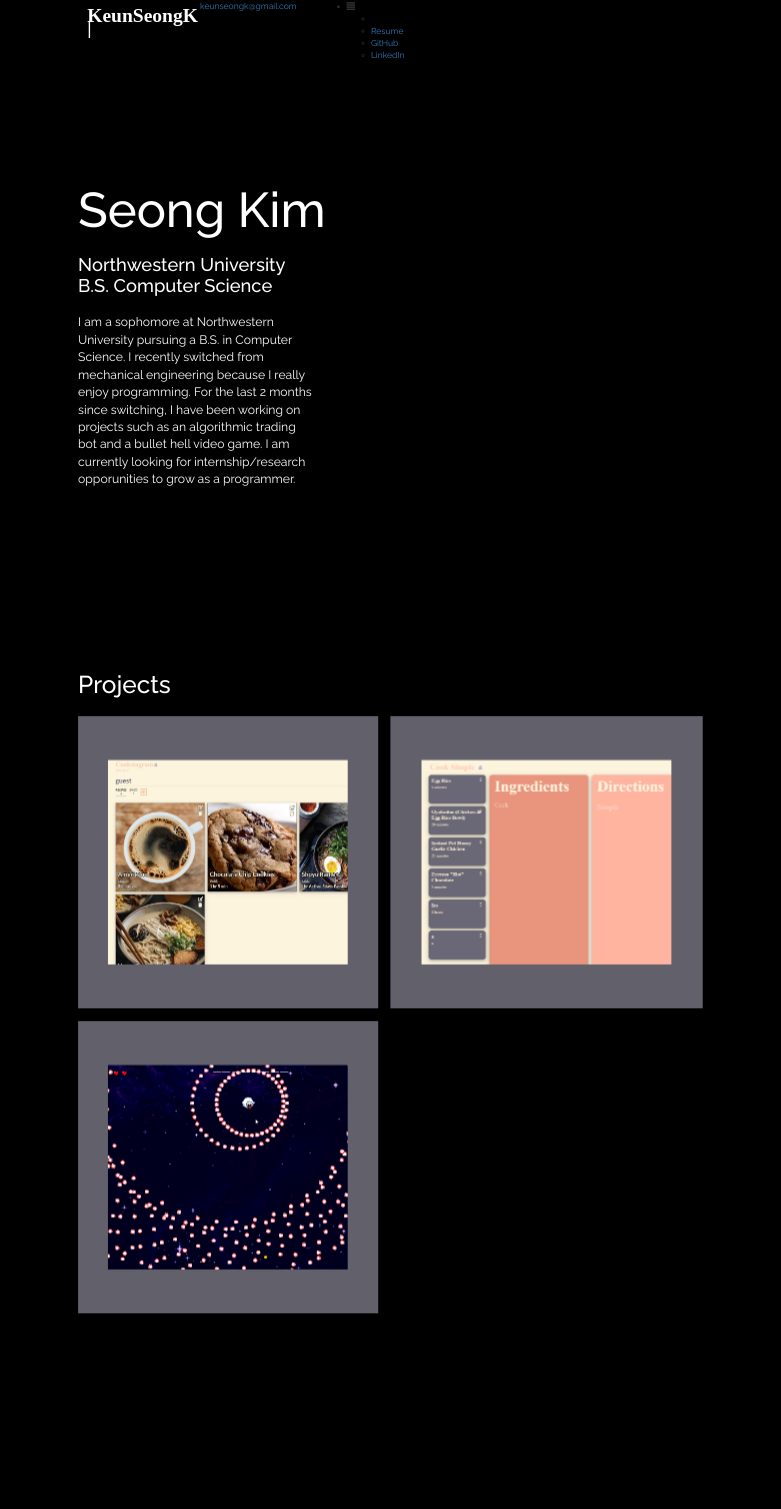
Repository: oqueuo/personal-site
Page: index.html
These files come from the project's save history. The page is drawn as it stood at one moment and after the next save; the edit follows.
The browser window is 1280 px wide. The pictures show the whole page, at 61% of full size.

Above is the page before, as saved 2020-09-21 19:35:09.

### index.html
<!-- Accountability, Balance, Trustworthiness -->
<!DOCTYPE html>
<html lang="en">
  <head>
    <title>Seong Kim</title>
    <meta charset="UTF-8">
    <meta name="viewport" content="width=device-width, initial-scale=1.0">

    <script src="https://ajax.googleapis.com/ajax/libs/jquery/3.5.1/jquery.min.js"></script>
    <script src="https://maxcdn.bootstrapcdn.com/bootstrap/3.4.1/js/bootstrap.min.js"></script>
    <link rel="stylesheet" href="https://maxcdn.bootstrapcdn.com/bootstrap/3.4.1/css/bootstrap.min.css">
    <link rel="stylesheet" href="styles.css">
    <script src="scripts.js"></script>
  </head>

  <body>
    <main>
      <header>
        <h1 id="navbar-brand"><a href="index.html" class="navbar-brand">KeunSeongK |</a></h1>
        <a id="email" href = "mailto: abc@example.com">keunseongk@gmail.com</a>
        <ul>
          <li><span id="pulldown-btn" class="glyphicon glyphicon-align-justify"></span>
            <ul id="nav-pulldown">
              <li class="navbar-item"><a class="nav-link" href=#about></a></li>
              <li class="navbar-item" style="padding-right:100px;"><a class="nav-link" href="resume.html">Resume</a></li>
              <li class="navbar-item"><a class="nav-link" href="https://github.com/oqueuo">GitHub</a></li>
              <li class="navbar-item"><a class="nav-link" href="https://www.linkedin.com/in/seong-kim-a0a989160/">LinkedIn</a></li>
            </ul>
          </li>
        </ul>
      </header>

      <!-- About me -->
      <section id="about">

        <div id="about-text">
          <h1>Seong Kim</h1>
          <h2>Northwestern University<br>B.S. Computer Science</h2>
          <p>I am a sophomore at Northwestern University pursuing
            a B.S. in Computer Science. I recently switched from mechanical engineering
            because I really enjoy programming. For the last 2 months since switching,
            I have been working on projects such as an algorithmic trading bot and a
            bullet hell video game. I am currently looking for internship/research
            opporunities to grow as a programmer.
          </p>
        </div>
      </section>

      <h1 id="projects-header">Projects</h1>

      <!-- Projects: Filled in with JS template -->
      <section id="projects">
      </section>

    </main>
  </body>
  <script>
    render_projects(projects, "#projects");
  </script>
</html>

### styles.css
@import url('https://fonts.googleapis.com/css2?family=Raleway:ital,wght@0,100;0,200;0,300;0,400;0,500;0,600;0,700;0,800;0,900;1,100;1,200;1,300;1,400;1,500;1,600;1,700;1,800;1,900&display=swap');
/* Global styles
------------------------------------*/
* {
    /* Remove Chrome default margins */
    margin: 0 !important;
    font-family: 'Raleway', sans-serif;
}
body {
    background: black;
    display: flex;
    justify-content: center;
}
main {
    position: relative;
    width: 80vw;
    display: block;
    margin-left: auto;
    margin-right: auto;
}


header {
    height: 100px;
    display: grid;
    grid-template-areas:
    "brand email more";
    grid-template-columns: 200px 200px auto;
}
    header h1 {
        grid-area: brand;
    }
        header h1 a {
            color: white;
            font-family: 'Times New Roman', Times, serif;
            font-size: 32px !important;
            font-weight: bold;
            text-decoration: none;

        }









/* ABOUT */
#about {
    color: white;
    margin-top: 200px !important;
    /* background: royalblue; */
}
#about-text h1 {
    font-family: 'Raleway', sans-serif;
    font-size: 80px;
}
#about-text h2 {
    margin-top: 30px !important;
}
#about p {
    margin-top: 30px !important;
    max-width: 30vw;
    font-size: 20px;
}


/* Projects */

#projects-header {
    font-size: 40px;
    color: white;
    margin-top: 300px !important;
    margin-bottom: 30px !important;
}
#projects {
    display: flex;
    flex-wrap: wrap;
    padding: 0;
    width: 100%;
    margin-bottom: 300px !important;
}
.project-card-container {
    box-sizing: border-box;
    width: 50%;
    height: 500px;
    padding-right: 2%;
    padding-bottom: 2%;
}
.project-card-container:nth-child(2n) {
    padding-right: 0;
}
.project-card-gray {
    background-color: rgb(97, 96, 107);
    height: 100%;
    width: 100%;
    position: relative;
}
.project-card-content {
    position: absolute;
    left: 10%;
    top: 15%;

    width: 80%;
    height: 70%;
    position: absolute;
    background-size: cover;
    transition: .5s ease;
    backface-visibility: hidden;
}

.project-overlay {
    color: white;
    font-size: 20px;

    transition: .5s ease;
    opacity: 0;
    position: absolute;
    top: 50%;
    left: 50%;
    transform: translate(-50%, -50%);
    -ms-transform: translate(-50%, -50%);
}
.project-card-container:hover .project-card-content {
    opacity: 0.08;
}

.project-card-container:hover .project-overlay {
    opacity: 1;
}


/* Resume */
.resume {
    margin-top: 200px !important;
    background-image: url(backgrounds/resume330.png);
    height: 1000px;
    width: 63%;
}

.three-vertical-dots {
    color: white;
}





@media (max-width: 1300px) {

}

### scripts.js
var projects = [
    {
        title: "Cookstagram",
        description: "A recipe-sharing social network application created with ReactJS/Redux frontend and Django Rest Framework backend",
        cover: "backgrounds/cookstagram.jpg",
        link: "https://cookstagram.recipes",
        github: "https://github.com/oqueuo/Cookstagram"
    },
    {
        title: "Cook Simple",
        description: "A minimalist recipe storage app created with Django and Django Templates",
        cover: "backgrounds/cook-simple.png",
        link: "https://cooksimple.life",
        github: "https://github.com/oqueuo/cook_simple"
    },
    {
        title: "Boollet Hell",
        description: "A Bullet Hell shooter game created in C++ for an in-class project",
        cover: "backgrounds/boollet-hell.png",
        link: "n/a",
        github: "n/a"
    }
]
function try_out_the_website(project) {
    if (project.link != "n/a") {
        return `
        To try it out, <a href="${project.link}" style="color: #ffd4be" target="_blank">Click here</a>
        `
    } else {
        return ''
    }
}

function more_info_on_my_github(project) {
    if (project.github != "n/a") {
        return `
        See code on <a href="${project.github}" style="color: #ffd4be" target="_blank">GitHub</a>
        `
    } else {
        return ''
    }
}

function render_projects(projects, projects_id) {
    let project_case = document.querySelector(projects_id);
    if (project_case) {
        if (projects instanceof Array) {
            for (let project of projects) {
                let template = `
                <div class="project-card-content" style="background-image: url(${project.cover});"></div>
                <div class="project-overlay">
                    ${project.description}<br><br>
                    ${try_out_the_website(project)} <br>
                    ${more_info_on_my_github(project)}
                </div>`;

                let project_card_container = document.createElement("div");
                project_card_container.className = "project-card-container";
                project_card_container.innerHTML = `
                <div class="project-card-gray">
                    ${template}
                </div>
                `
                project_case.append(project_card_container);
            }
        }
    }
}

const show_project_info = (el) => {

}

After the next save:
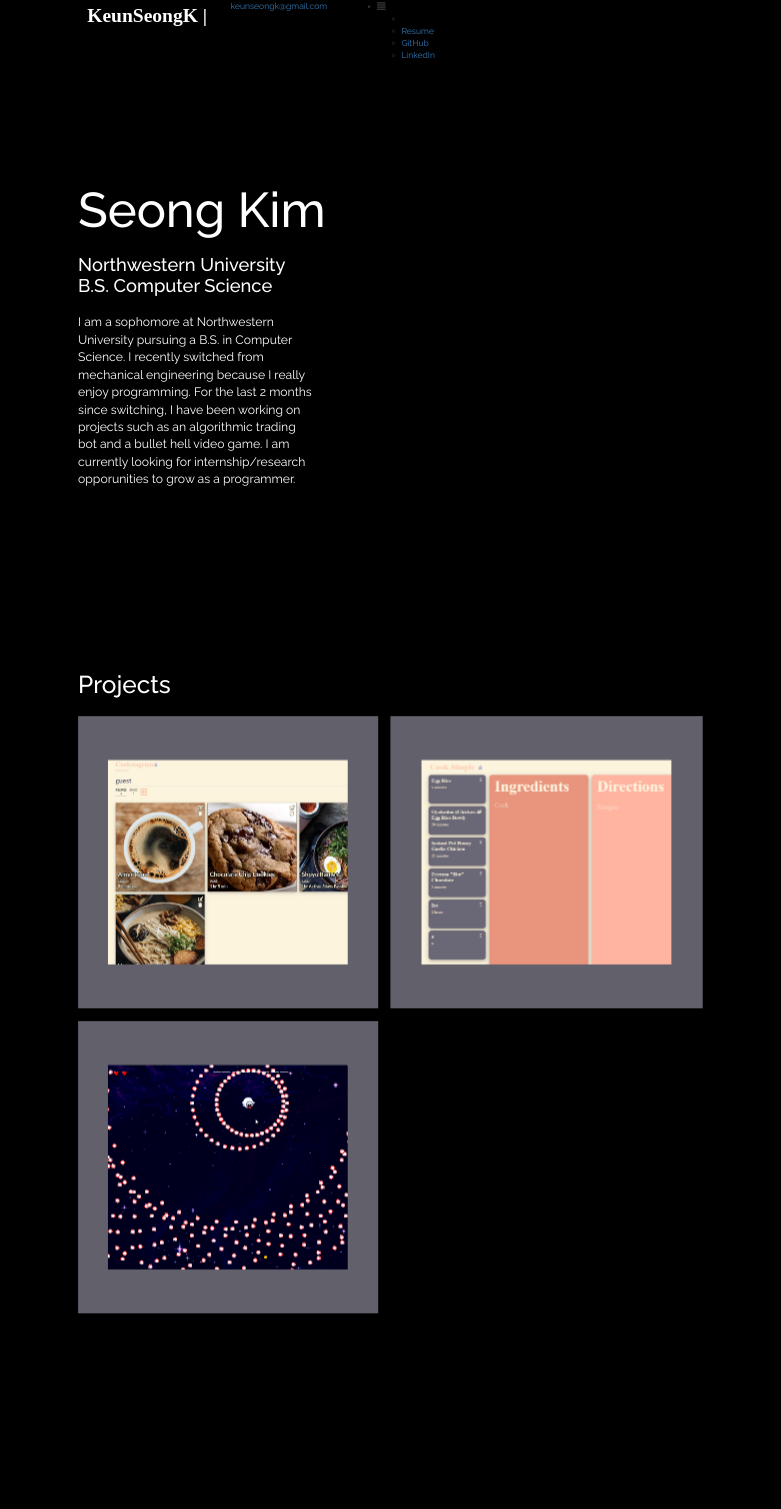
Saved 19 s later.
--- a/styles.css
+++ b/styles.css
@@ -25,7 +25,7 @@ header {
     display: grid;
     grid-template-areas:
     "brand email more";
-    grid-template-columns: 200px 200px auto;
+    grid-template-columns: 250px 200px auto;
 }
     header h1 {
         grid-area: brand;
